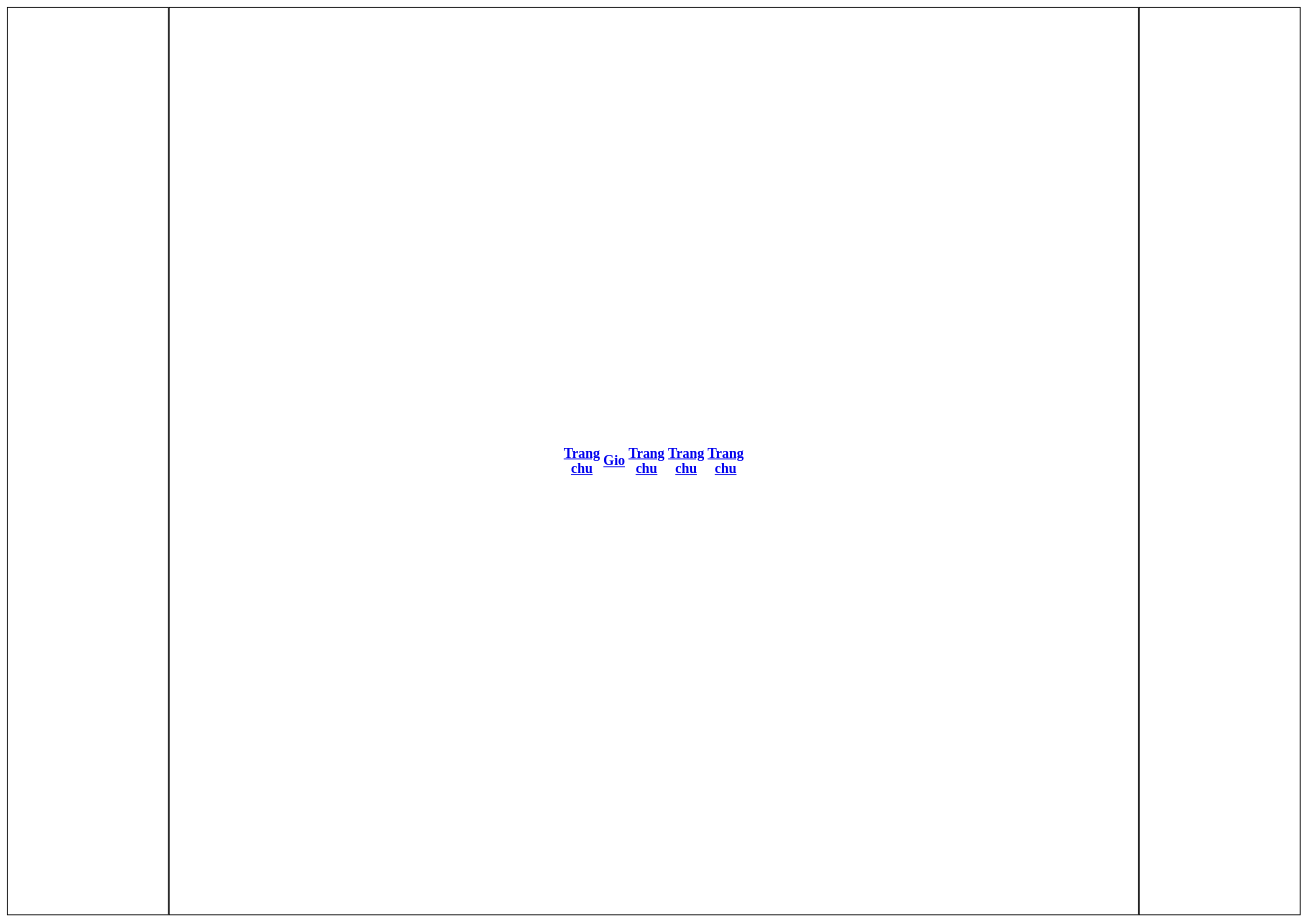
Repository: longtn213/Frond_end_HTML-CSS
Page: Front-End/Demohtml/Demo Html Css.html
These files come from the project's save history. The page is drawn as it stood at one moment and after the next save; the edit follows.
The browser window is 1280 px wide. The page is 1495 px wide, then 1280 px, then 1495 px, so the pictures cover 1495 px, including what lies to the right of the window. The pictures show the whole page, at 87% of full size.

Above is the page before, as saved 2021-09-09 14:17:56.

After the next save:
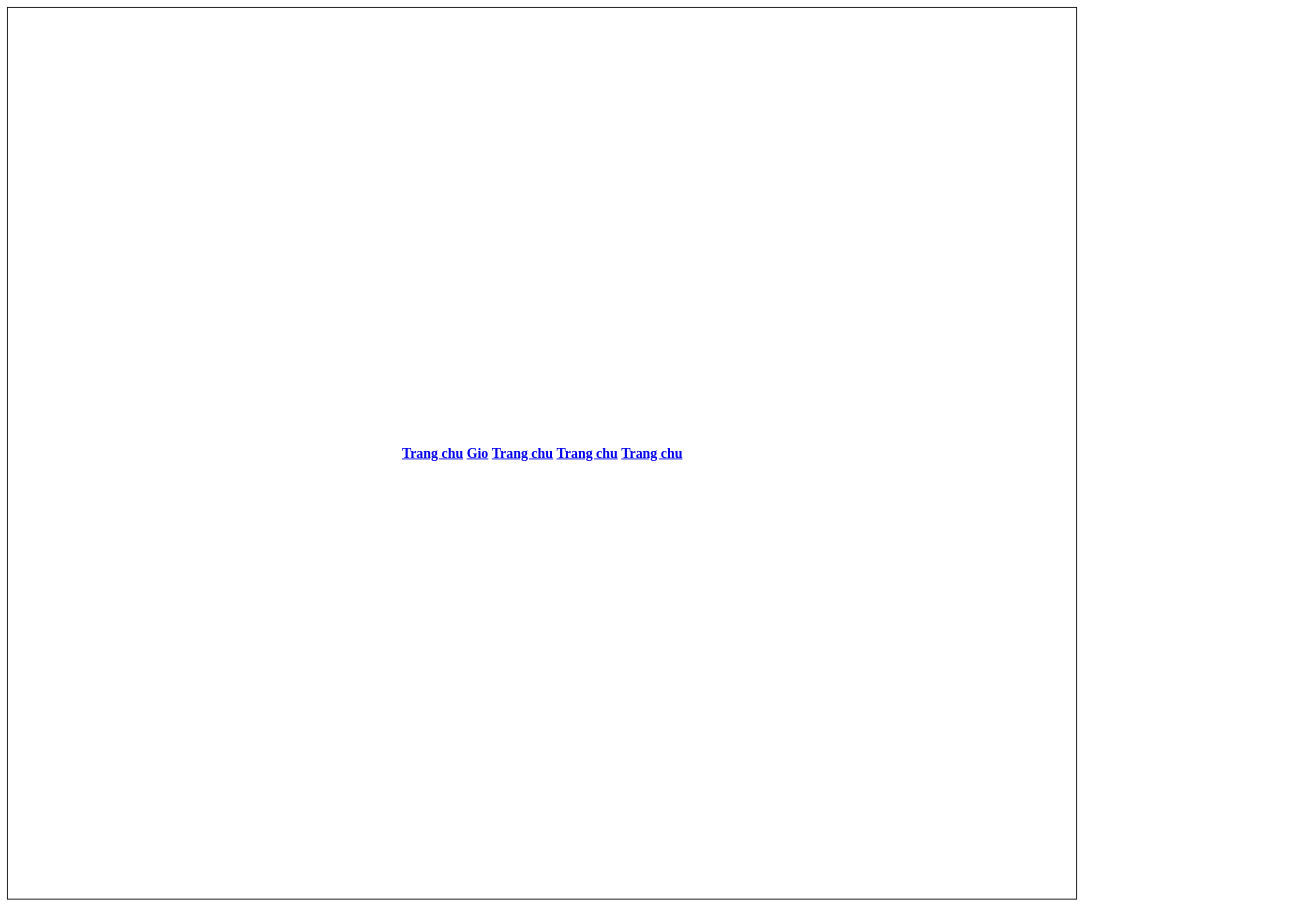
Saved 20 s later.
--- a/Front-End/Demohtml/Demo Html Css.html
+++ b/Front-End/Demohtml/Demo Html Css.html
@@ -11,8 +11,6 @@
 
 <body>
     <div class="container">
-        <table class="table1">
-        </table>
         <table class="table2">
             <tr>
                 <th><a href="#">Trang chu</a></th>
@@ -22,8 +20,6 @@
                 <th><a href="#">Trang chu</a></th>
             </tr>
         </table>
-        <table class="table3">
-        </table>
 
     </div>
 </body>

After the save that followed:
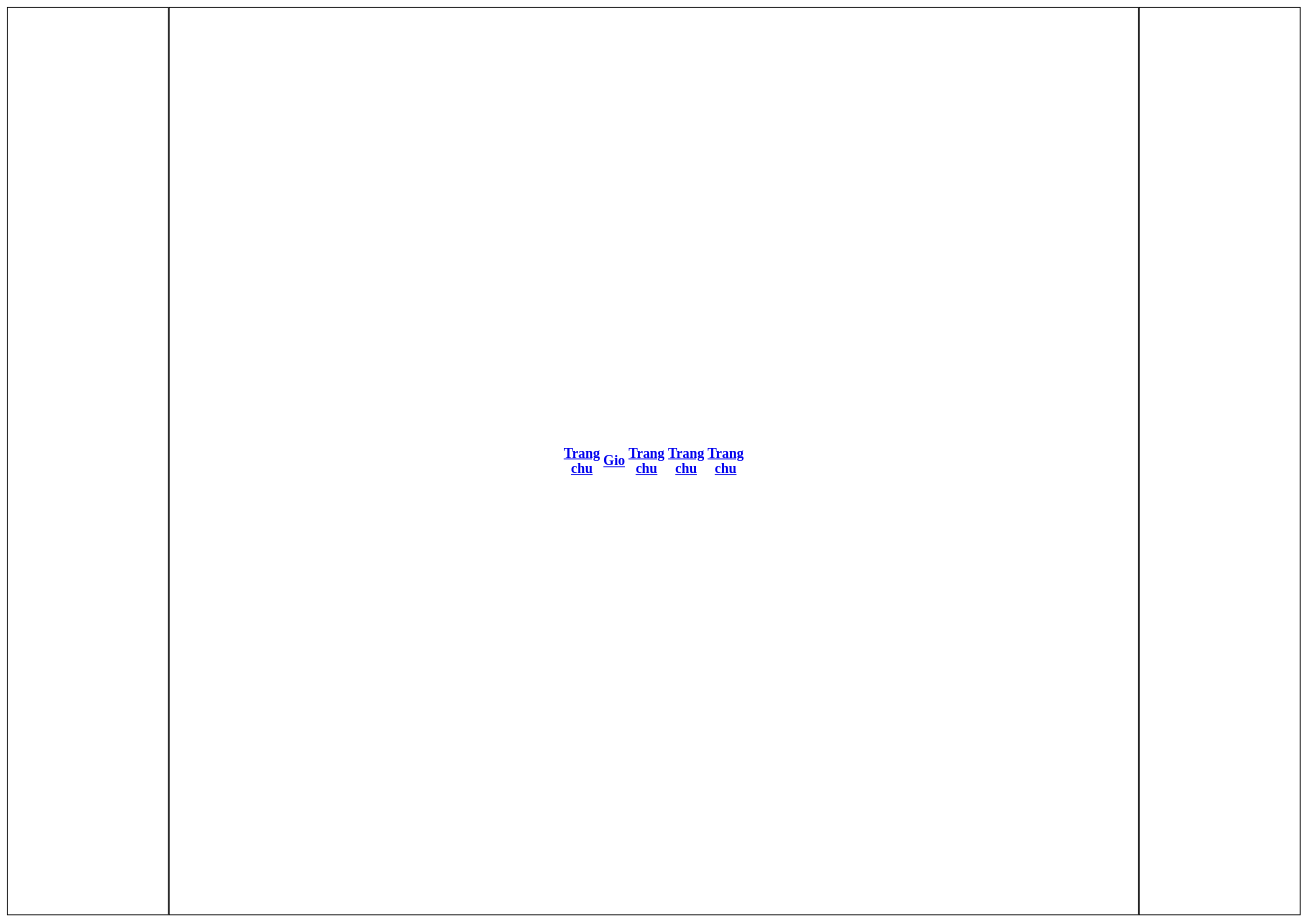
Saved 32 s later.
--- a/Front-End/Demohtml/Demo Html Css.html
+++ b/Front-End/Demohtml/Demo Html Css.html
@@ -11,6 +11,8 @@
 
 <body>
     <div class="container">
+        <table class="table1">
+        </table>
         <table class="table2">
             <tr>
                 <th><a href="#">Trang chu</a></th>
@@ -20,6 +22,8 @@
                 <th><a href="#">Trang chu</a></th>
             </tr>
         </table>
+        <table class="table3">
+        </table>
 
     </div>
 </body>
